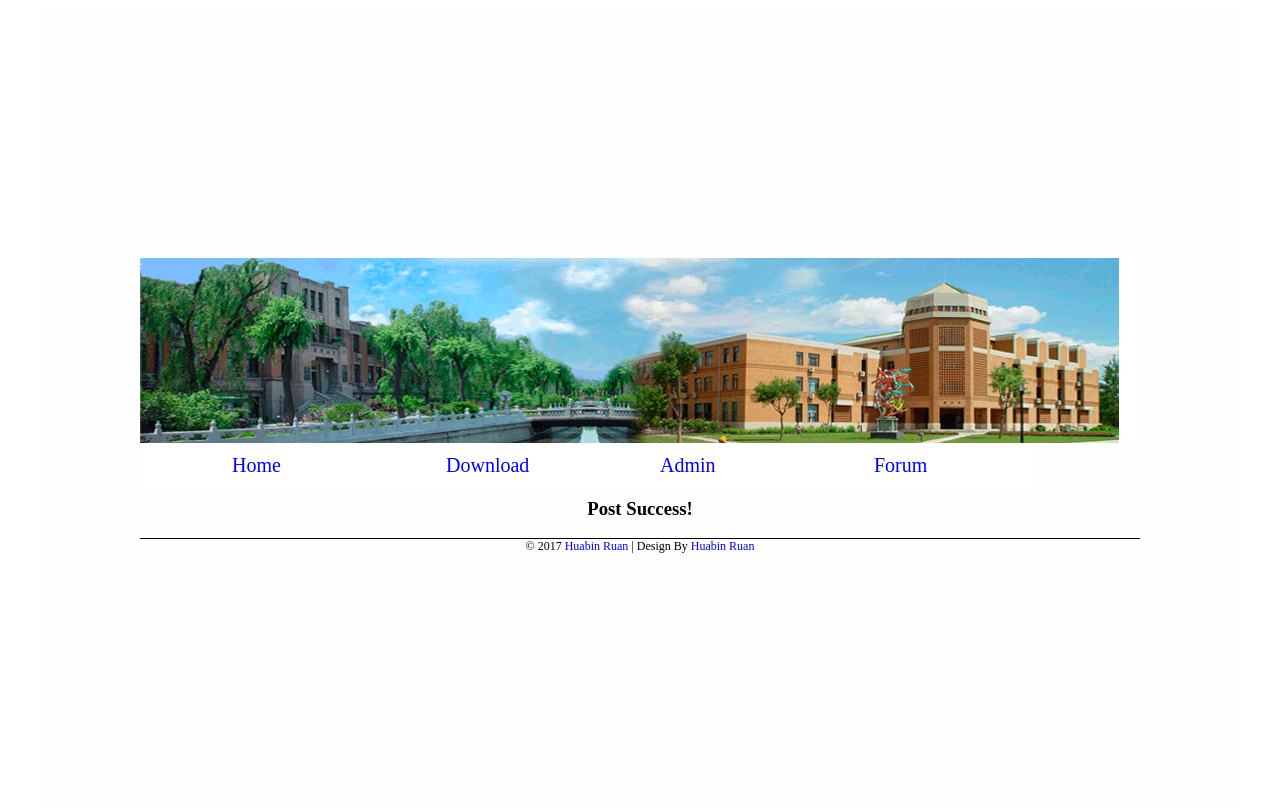
Repository: ruanhuabin/LifeSoftwareWebSite
Page: http://localhost/CryoEM/test.jsp
These files come from the project's save history. The page is drawn as it stood at one moment and after the next save; the edit follows.
The browser window is 1280 px wide. The pictures show the whole page.
The page is served by Tomcat 9. Nobody is signed in. The application's start-up code is not run. Other server files are loaded and not shown.

Above is the page before, as saved 2017-08-11 05:56:48.

### CryoEM/WebRoot/test.jsp
<%@ page language="java" import="java.util.*" pageEncoding="utf-8"%>
<%@ taglib prefix="s" uri="/struts-tags"%>
<%
String path = request.getContextPath();
String basePath = request.getScheme()+"://"+request.getServerName()+":"+request.getServerPort()+path+"/";
%>


<!DOCTYPE html PUBLIC "-//W3C//DTD XHTML 1.0 Transitional//EN" "http://www.w3.org/TR/xhtml1/DTD/xhtml1-transitional.dtd">
<html xmlns="http://www.w3.org/1999/xhtml">
<head>
<meta http-equiv="Content-Type" content="text/html; charset=utf-8" />
<link href="<%=basePath%>/style.css" rel="stylesheet" type="text/css" />
</head>
<body>


<div id="main-container">
<div id="header"></div>
<div id="navigation">
	<ul>
		<li><a href="<%=path%>/index.jsp">Home</font></a></li>
		<li><a href="<%=path%>/user/User_listSoftware.action">Download</a></li>
		<li><a href="<%=path%>/post/Admin_toAdmin.action">Admin</a></li>
		<li><a href="http://10.10.32.133/thunder/answers/">Forum</a></li>
	</ul>
</div>
<script type="text/javascript">
		var index_plist = {
			obj : document.getElementById("navigation")
					.getElementsByTagName("li"),
			currObj : null,
			init : function() {
				for (i = 0; i < index_plist.obj.length; i++) {
					eval("index_plist.obj[i].getElementsByTagName('a')[0].onclick=function(){this.className='curr';if(index_plist.currObj){index_plist.currObj.className=''}index_plist.currObj=this}");
				}
			}
		};
		index_plist.init();
</script>


<br/>
<br/>

 <h3 align="center">
	 Post Success!
 </h3>


<div id="footer">&copy; 2017 <a href="mailto:ruanhuabin@tsinghua.edu.cn">Huabin Ruan</a> | Design By <a href="#">Huabin Ruan</a> </div>
</div>


</body>
</html>

### CryoEM/WebRoot/style.css
#header {height:185px; width:100%;background-image: url(images/banner.png);background-repeat: no-repeat; background-color:white;}
body
{
	background-color:white;
	font-family: "Times New Roman",Georgia,Serif
}
#footer {
	width:100%;
	border-top:  #000000 1px solid;
	text-align:center;
	font-size:12px;
	}


.form-div {
    /* border: 1px solid black; */
    margin-top: 50px;
    margin-bottom: 100px;
    margin-right: 150px;
    margin-left: 80px;
    background-color: white;
}

#admin-login-form {

   /*  margin-top: 50px;
    margin-bottom: 100px;
    margin-right: 150px;
    margin-left: 200px;
    background-color: white; */
    align: center

}



#content-div {
   /*  border: 1px solid black; */
    margin-top: 40px;
    margin-bottom: 100px;
    margin-right: 150px;
    margin-left: 0px;
    background-color: white;
}


#main-container {
	width:1000px;
	/* width:80% */
	border: #000000 0px solid;
	margin: 0 auto;
 	background-color:#FEFEFE;
   /*  background-color:white; */

    clear:both;
	padding:250px 100px;
	}

#leftbar {
	float:left;
	width:800px;
	border-right:1px solid #BCBDBC;
}

#rightbar {
	float:left;
	width:200px;
}

a
{
	text-decoration: none;
	color:blue;
}

a:hover
{
	color:red;
}
a:visited
{
	color: blue;
}

ul {margin-left: 0; padding-left: 40px;}
li {margin-left: 0; padding-left: 50px;}

#navigation{list-style:none; text-align:left; font-size:20px; background:white; float:left}
#navigation li{width:160px; height:20px; line-height:0px; float:left; margin:2px; list-style:none;}
#navigation a{height:100%; display:block; text-decoration:none}
#navigation .curr{background:url(sub/images/nav_on.png); color:red;}

After the next save:
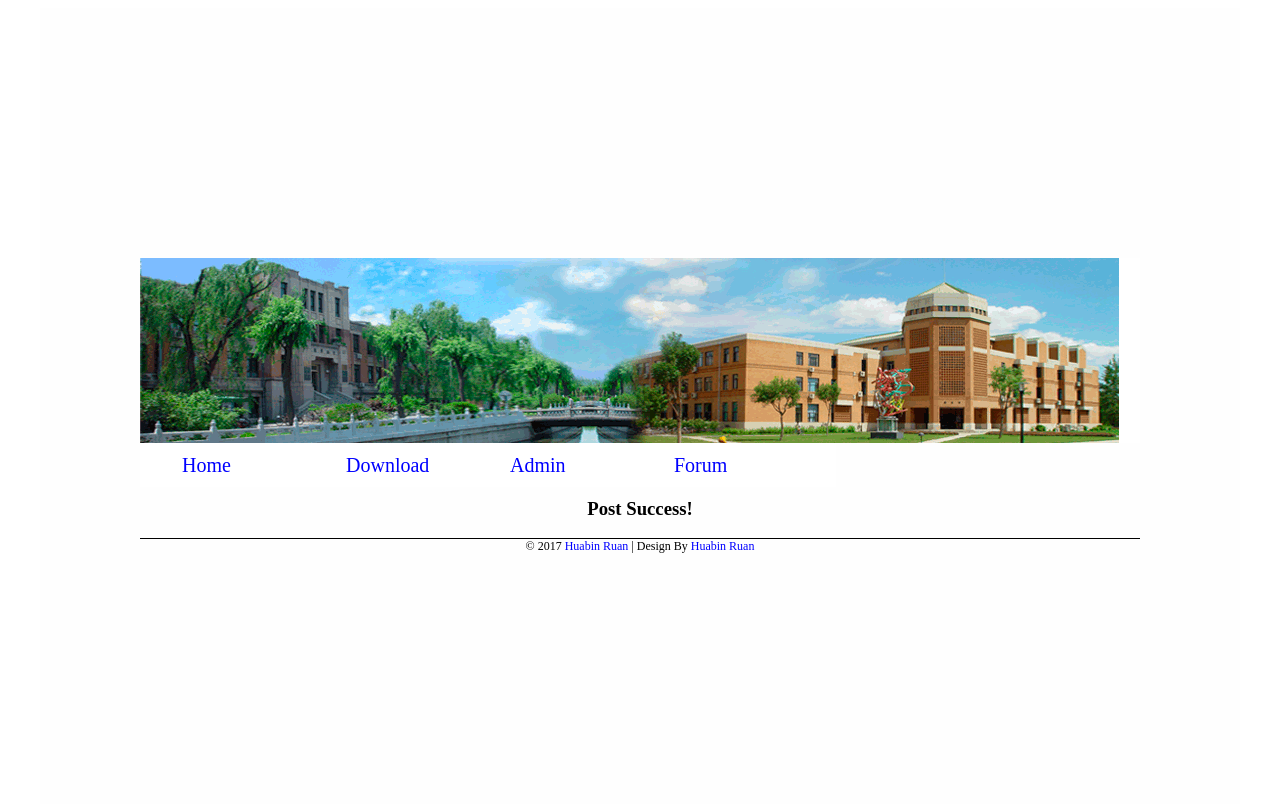
Saved 22 s later.
--- a/CryoEM/WebRoot/style.css
+++ b/CryoEM/WebRoot/style.css
@@ -83,7 +83,7 @@ a:visited
 }
 
 ul {margin-left: 0; padding-left: 40px;}
-li {margin-left: 0; padding-left: 50px;}
+/* li {margin-left: 0; padding-left: 50px;} */
 
 #navigation{list-style:none; text-align:left; font-size:20px; background:white; float:left}
 #navigation li{width:160px; height:20px; line-height:0px; float:left; margin:2px; list-style:none;}
